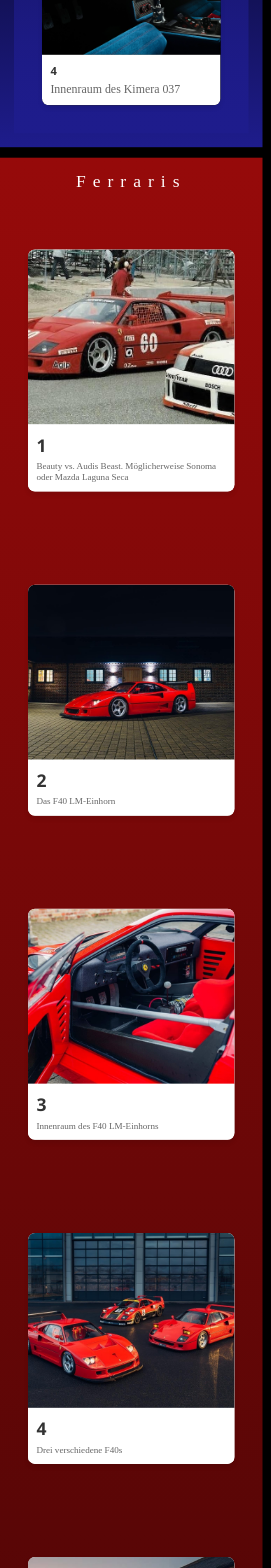
Repository: Johannes-Harald/martini-racing-fanclub
Page: /
An editor plug-in stored every save of this project. The page is shown before and after the next save, followed by the edit.
The browser window is 375 px wide. The page is 387 px wide, so the pictures cover 387 px, including what lies to the right of the window. The pictures show the part of the page from y = 2096 to 4336 px (the page is 18097 px tall before and 18144 px after), at 70% of full size.
Some web fonts or font styles are not loaded; a fallback is used. The project was rebuilt for these pictures with package versions that can differ from the ones it lists, and the page was loaded fresh each time. Also part of the build but not shown: vite.config.js, src/components/Lightbox/Lightbox.css, src/components/Lightbox/Lightbox.jsx, src/components/TitleCards/TitleCards.jsx, src/pages/Videos/Videos.css, src/pages/Videos/Videos.jsx.

Above is the page before, as saved 2024-10-13 10:01:31.

After the next save:
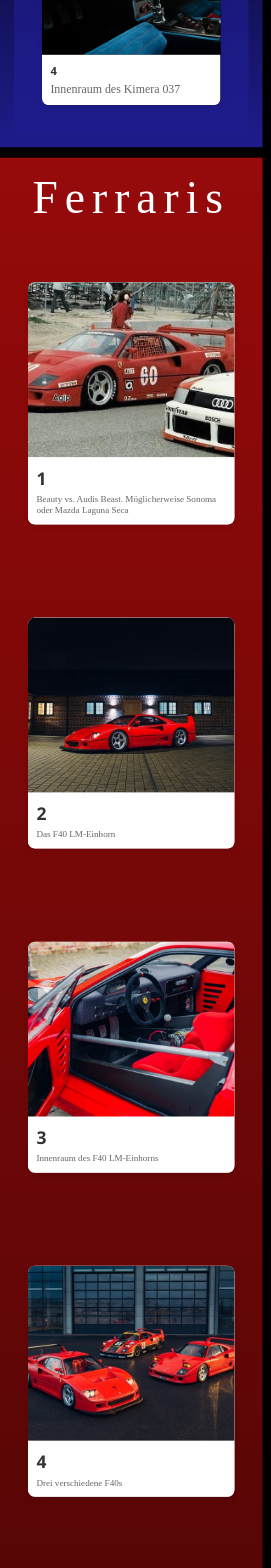
Saved 4 s later.
--- a/src/components/TitleCards/Ferrari.css
+++ b/src/components/TitleCards/Ferrari.css
@@ -76,7 +76,7 @@
 
 
     .ferraris h2 {
-      font-size: 25px;
+      font-size: 65px;
     }
 
     .title-cards-info-ferrari h3 {
